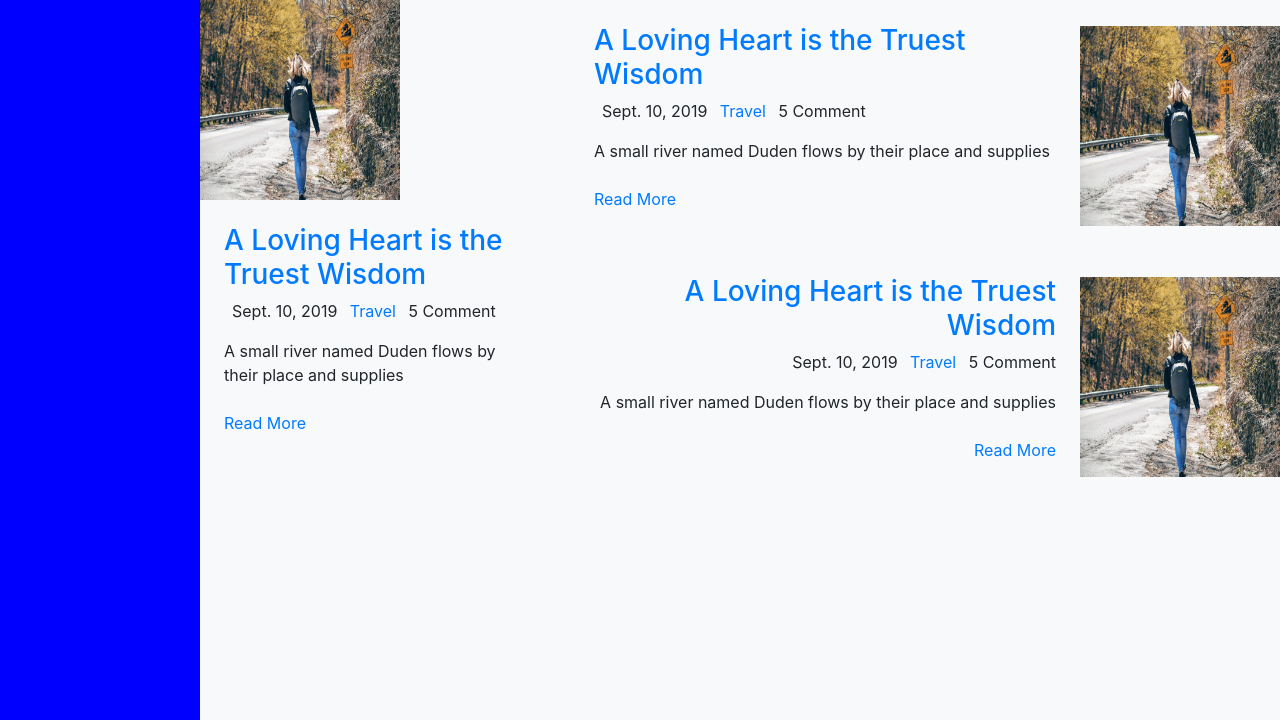
Repository: tts2610/GoogleNews
Page: index.html
An editor plug-in stored every save of this project. The page is shown before and after the next save, followed by the edit.
The browser window is 1280 px wide. The pictures show the whole page.
The page's requests for data from a server got no answer.

Above is the page before, as saved 2020-05-20 13:44:45.

After the next save:
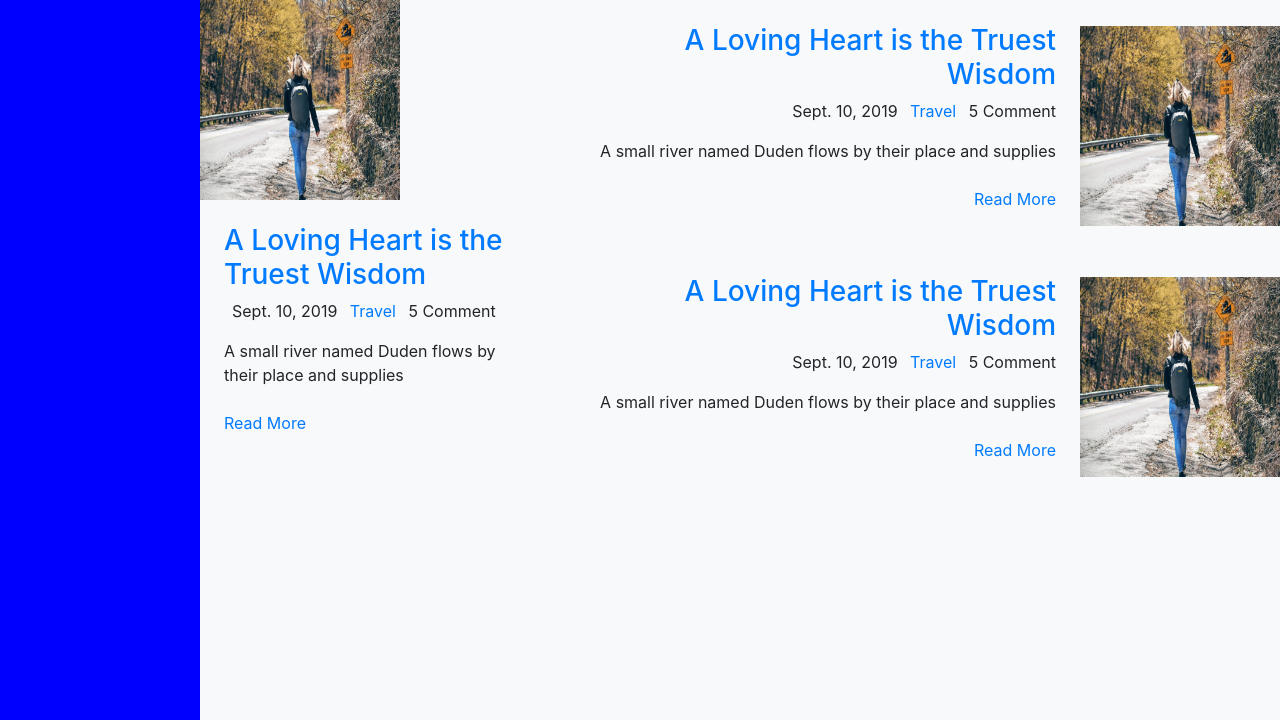
Saved 38 s later.
--- a/index.html
+++ b/index.html
@@ -48,7 +48,7 @@
                     <div class="row">
                         <div class="col-md-12">
                             <div class="blog-entry ftco-animate d-md-flex align-items-center">
-                                <div class="text text-2 p-4">
+                                <div class="text text-2 text-md-right p-4">
                                     <h3 class="mb-2"><a href="single.html">A Loving Heart is the Truest Wisdom</a></h3>
                                     <div class="meta-wrap">
                                         <p class="meta">
